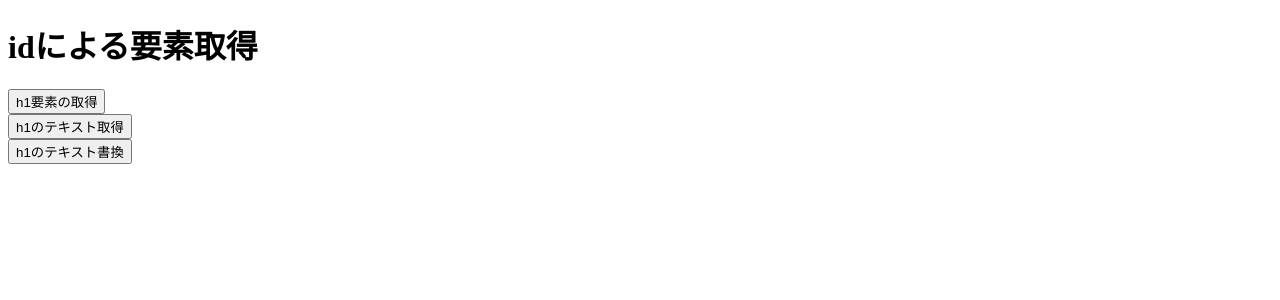
Repository: marudiazu830/ponytail
Page: test.html
The author's editor kept a record of every edit. The page is drawn from the files as they stood at one moment, then again after the next edit.
The browser window is 1280 px wide. The pictures show the whole page.
After loading, the first visible `button` was clicked once.

Above is the page before.

After the next edit:
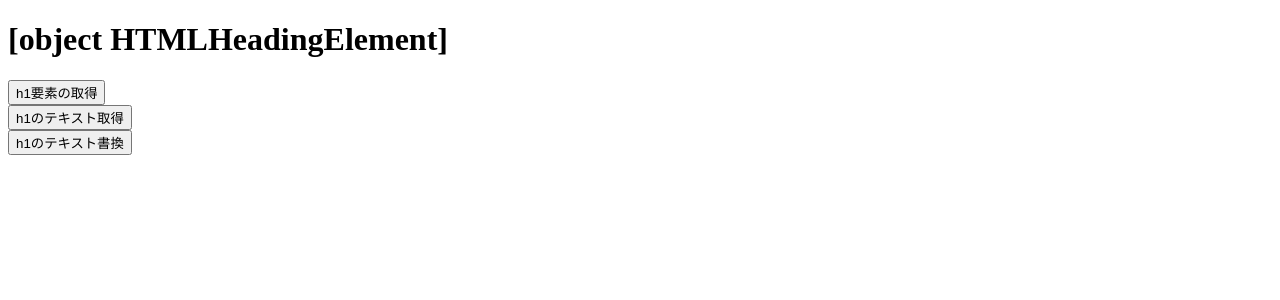
The edit:
--- a/test.js
+++ b/test.js
@@ -1,6 +1,6 @@
 function onH1ButtonClick(){
     let headTitle = document.getElementById("headTitle");
-    console.log(headTitle);
+    headTitle.textContent=headTitle;
 }
 
 function onH1TextButtonClick(){
